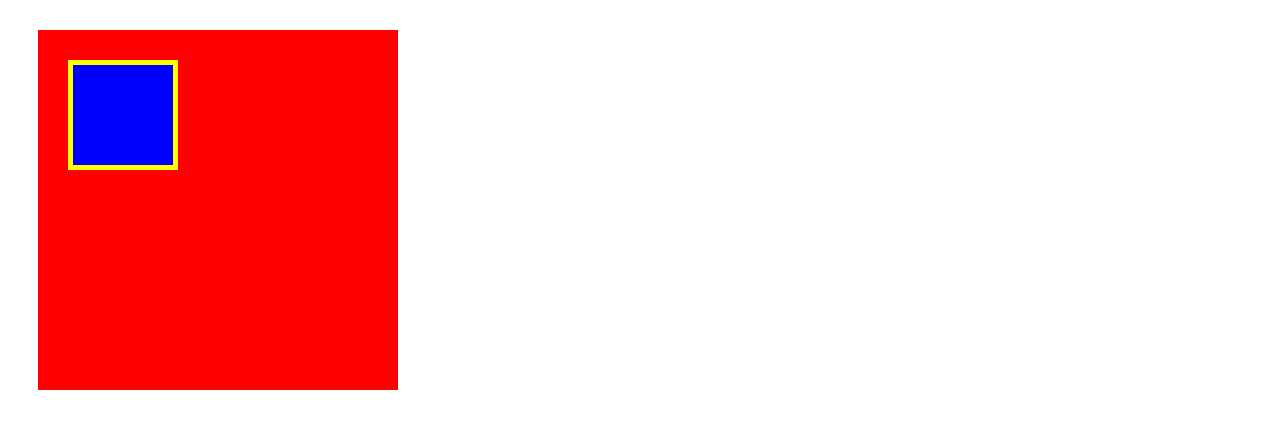
Repository: TsuKou/MainContents
Page: box/box.html
The author's editor kept a record of every edit. The page is drawn from the files as they stood at one moment, then again after the next edit.
The browser window is 1280 px wide. The pictures show the whole page.

Above is the page before.

### box/box.html
<!DOCTYPE html>
<html lang="ja">
  <head>
    <meta charset="UTF-8" />
    <!-- CSSファイルの読み込み -->
    <link rel="stylesheet" href="box.css" />
    <title>BOX</title>
  </head>

  <body>
    <!-- box1用のdiv -->
    <div class="box1">
      <div class="box2"></div>
    </div>
  </body>
</html>

### box/box.css
.box1 {
  width: 300px;
  height: 300px;
  background-color: red;
  margin: 30px;
  padding: 30px;
}

.box2 {
  width: 100px;
  height: 100px;
  background-color: blue;
  border: 5px solid yellow;
}

After the next edit:
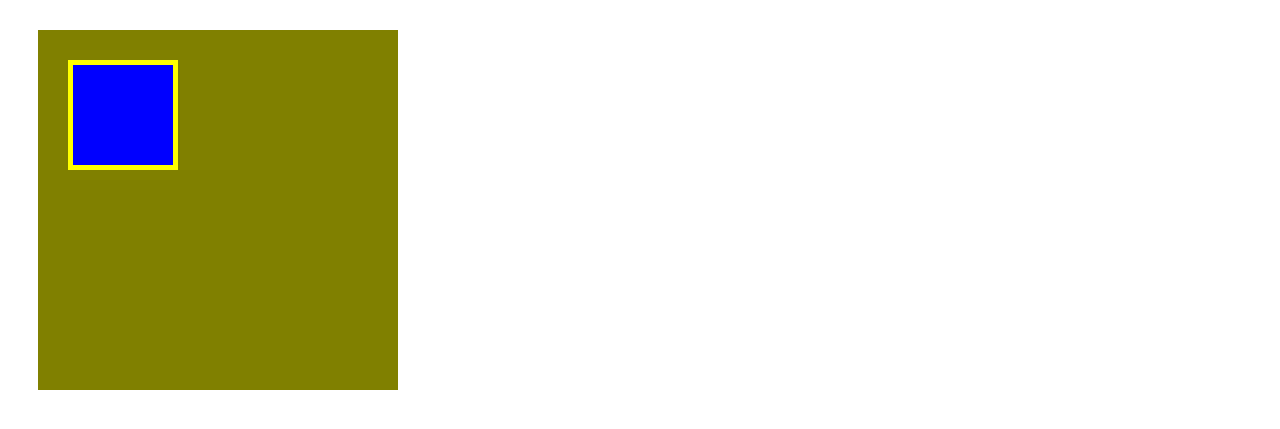
The edit:
--- a/box/box.css
+++ b/box/box.css
@@ -1,7 +1,7 @@
 .box1 {
   width: 300px;
   height: 300px;
-  background-color: red;
+  background-color: #808000;
   margin: 30px;
   padding: 30px;
 }
